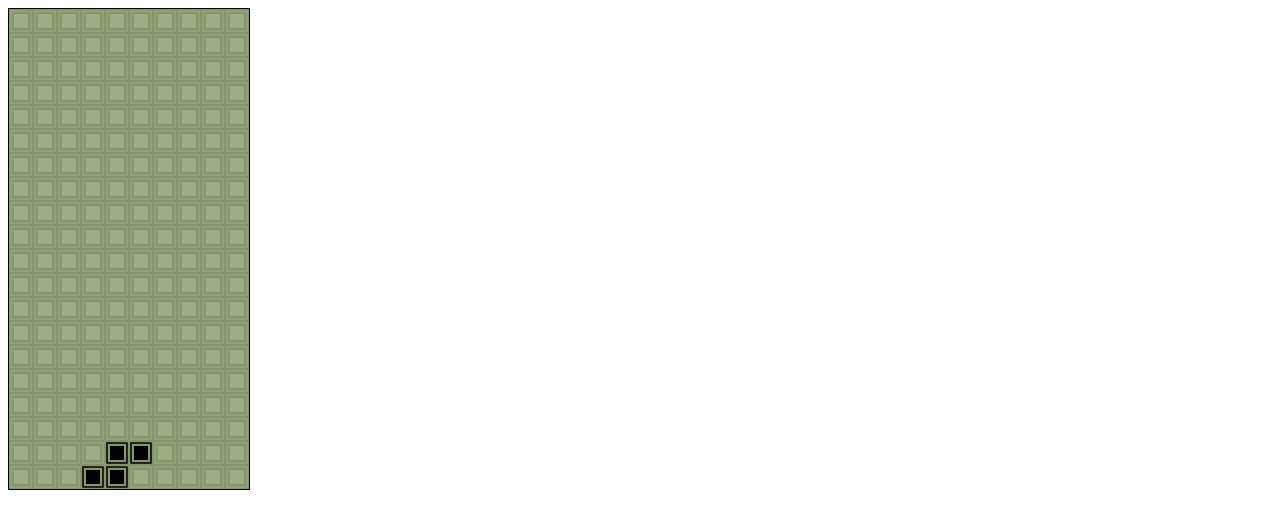
Repository: yzarc204/tetris-web
Page: index.html
The author's editor kept a copy of each file at every save. The page is drawn from the files as they stood at one save, then again after the next save.
The browser window is 1280 px wide. The pictures show the whole page.

Above is the page before, as saved 2021-09-20 21:06:42.

### index.html
<!DOCTYPE html>
<html lang="en">
<head>
    <meta charset="UTF-8">
    <meta http-equiv="X-UA-Compatible" content="IE=edge">
    <meta name="viewport" content="width=device-width, initial-scale=1.0">
    <title>Tetris</title>
    <style>
        canvas {
            border: 1px solid #000;
        }
    </style>
</head>
<body>
    <script src="js/const.js"></script>
    <script src="js/shape.js"></script>
    <script src="js/board.js"></script>
    <script src="js/pixel.js"></script>
    <script src="js/brick.js"></script>
    <script src="js/game.js"></script>
</body>
</html>

### js/const.js
const PIXEL_SIZE = 24;

const B = true;
const _ = false;

const ROW = 20;
const COL = 10;

const GAME_WIDTH = PIXEL_SIZE * COL;
const GAME_HEIGHT = PIXEL_SIZE * ROW;

const GAME_BG_COLOR = '#86966c';
const PIXEL_COLOR = '#000000';
const PIXEL_BG_COLOR = '#9EAD86';

### js/shape.js
const z1 = [
    [B, B, _],
    [_, B, B],
    [_, _, _]
];

const z2 = [
    [_, B, B],
    [B, B, _],
    [_, _, _]
];

const l1 = [
    [B, B, B],
    [B, _, _],
    [_, _, _]
];

const l2 = [
    [B, B, B],
    [_, _, B],
    [_, _, _]
];

const t = [
    [B, B, B],
    [_, B, _],
    [_, _, _]
];

const o = [
    [B, B],
    [B, B]
];

const i = [
    [_, B, _, _],
    [_, B, _, _],
    [_, B, _, _],
    [_, B, _, _]
];

const BRICK_SHAPES = [
    z1, z2, l1, l2, t, o, i
];

### js/board.js
class Board
{
    constructor(tetris) {
        this.tetris = tetris;
        this.map = [];
        this.row = ROW;
        this.col = COL;
        this.init();
    }

    init() {
        for (let row = 0; row < this.row; row++) {
            let rowData = [];
            for (let col = 0; col < this.col; col++) {
                rowData.push(_);
            }
            this.map.push(rowData);
        }
    }

    isEmptyCell(row, col) {
        if (row > this.row-1 || col > this.col-1)
           return false;
        return this.map[row][col] == _;
    }

    draw() {
        for (let row = 0; row < this.row; row++) {
            for (let col = 0; col < this.col; col++) {
                let color = PIXEL_BG_COLOR;
                if (this.map[row][col] == B)
                    color = PIXEL_COLOR;
                new Pixel(this.tetris, row, col, color).draw();
            }
        }
    }
};

### js/pixel.js
class Pixel
{
    constructor(tetris, row, col, color) {
        this.tetris = tetris;
        this.row = row;
        this.col = col;
        this.color = color;
        this.size = PIXEL_SIZE;
    }

    addPixelToBoard() {
        this.tetris.board.map[this.row][this.col] = B;
    }

    isHitLeft() {
        return this.col == 0;
    }

    canMoveLeft() {
        if (this.isHitLeft())
            return false;
        if (!this.tetris.board.isEmptyCell(this.row, this.col-1))
            return false;
        return true;
    }

    moveLeft() {
        if (this.canMoveLeft())
            this.col--;
    }

    isHitRight() {
        return this.col == COL - 1;
    }

    canMoveRight() {
        if (this.isHitRight())
            return false;
        if (!this.tetris.board.isEmptyCell(this.row, this.col+1))
            return false;
        return true;
    }

    moveRight() {
        if (this.canMoveRight())
            this.col++;
    }

    isHitBottom() {
        return this.row == ROW-1;
    }

    canFall() {
        if (this.isHitBottom())
            return false;
        if (!this.tetris.board.isEmptyCell(this.row+1, this.col))
            return false;
        return true;
    }

    fall() {
        if (this.canFall())
            this.row++;
        else
            this.addPixelToBoard();
    }

    draw() {
        const x = this.row * this.size;
        const y = this.col * this.size;
        // Set color
        this.tetris.ctx.fillStyle = this.color;
        this.tetris.ctx.strokeStyle = this.color;
        this.tetris.ctx.lineWidth = 1;
        // Draw outline
        this.tetris.ctx.strokeRect(y+2, x+2, this.size-4, this.size-4);
        // Draw area
        this.tetris.ctx.fillRect(y+5, x+5, this.size-10, this.size-10);
    }
};

### js/brick.js
class Brick {
    constructor(tetris, row, col, shape) {
        this.tetris = tetris;
        this.row = row;
        this.col = col;
        this.map = BRICK_SHAPES[shape];
        this.pixels = [];
        this.color = PIXEL_COLOR;
        this.init();
    }

    init() {
        for (let row = 0; row < this.map.length; row++) {
            for (let col = 0; col < this.map[0].length; col++) {
                if (this.map[row][col] == B) {
                    let newPixel = new Pixel(this.tetris, this.row+row, this.col+col, PIXEL_COLOR);
                    this.pixels.push(newPixel);
                }
            }
        }
    }

    addNewBrickToBoard() {
        this.pixels.forEach(pixel => {
            this.tetris.board.map[pixel.row][pixel.col] = B;
        });
    }

    canMoveLeft() {
        let doesCanMoveLeft = true;
        this.pixels.forEach(pixel => {
            if (!pixel.canMoveLeft())
                doesCanMoveLeft = false;
        })
        return doesCanMoveLeft;
    }

    moveLeft() {
        if (this.canMoveLeft()) {
            this.col--;
            this.pixels.forEach(pixel => pixel.moveLeft());
        }
    }

    canMoveRight() {
        let doesCanMoveLeft = true;
        this.pixels.forEach(pixel => {
            if (!pixel.canMoveLeft())
                doesCanMoveLeft = false;
        })
        return doesCanMoveLeft;
    }

    moveRight() {
        if (this.canMoveRight()) {
            this.col--;
            this.pixels.forEach(pixel => pixel.moveRight());
        }
    }

    canFall() {
        let doesCanFall = true;
        this.pixels.forEach(pixel => {
            if (!pixel.canFall())
                doesCanFall = false;
        })
        return doesCanFall;
    }

    fall() {
        if (this.canFall()) {
            this.row++;
            this.pixels.forEach(pixel => pixel.fall());
        } else {
            this.addNewBrickToBoard();
        }
    }

    update() {
        this.fall();
    }

    draw() {
        this.pixels.forEach(pixel => pixel.draw());
    }
};

### js/game.js
class Tetris {
    constructor() {
        this.cvs = null;
        this.ctx = null;
        this.board = null;
        this.brick = null;
        this.score = 0;
        this.init();
        this.keyboardSettings();
        this.startGame();
        this.gameLoop = setInterval(() => this.loop(), 333);
    }

    init() {
        // Create canvas
        this.cvs = document.createElement('canvas');
        this.cvs.width = GAME_WIDTH;
        this.cvs.height = GAME_HEIGHT;
        document.body.appendChild(this.cvs);

        this.ctx = this.cvs.getContext('2d');
    }

    keyboardSettings() {
        document.addEventListener('keydown', e => {
            switch(e.code) {
                case 'ArrowLeft':
                    this.brick.moveLeft();
                    break;
                case 'ArrowRight':
                    this.brick.moveRight();
                    break;
                case 'ArrowUp':
                    this.brick.moveRight();
                    break;
                case 'ArrowDown':
                    this.brick.fall();
                    break;
            }
        });
    }

    startGame() {
        this.board = new Board(this);
        this.brick = new Brick(this, 4, 3, 1);
    }

    clrscr() {
        this.ctx.fillStyle = GAME_BG_COLOR;
        this.ctx.fillRect(0, 0, GAME_WIDTH, GAME_HEIGHT);
    }

    loop() {
        this.clrscr();
        this.update();
        this.draw();
    }

    update() {
        this.brick.update();
    }

    draw() {
        this.board.draw();
        this.brick.draw();
    }
};

const tetris = new Tetris();

After the next save:
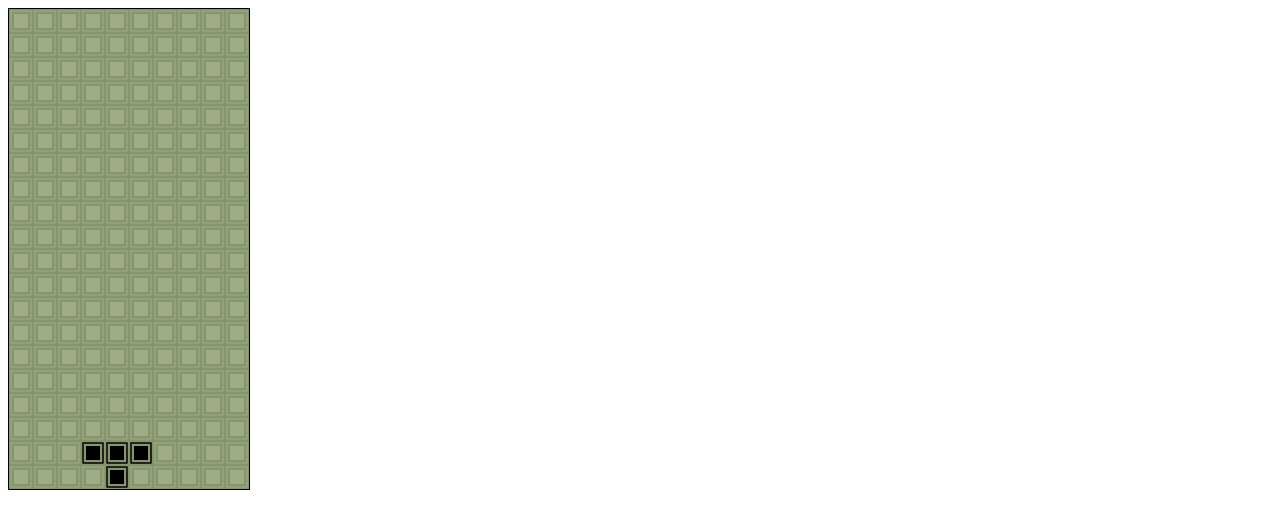
Console error: SyntaxError: Identifier 'BRICK_SHAPES' has already been declared
Saved 5 s later.
--- a/js/const.js
+++ b/js/const.js
@@ -12,3 +12,35 @@ const GAME_HEIGHT = PIXEL_SIZE * ROW;
 const GAME_BG_COLOR = '#86966c';
 const PIXEL_COLOR = '#000000';
 const PIXEL_BG_COLOR = '#9EAD86';
+
+const BRICK_SHAPES = [
+    [
+        [
+            [B, B, B, B]
+        ]
+    ],
+    [
+        [B, B, B],
+        [_, B, _]
+    ],
+    [
+        [B, B, _],
+        [_, B, B]
+    ],
+    [
+        [_, B, B],
+        [B, B, _]
+    ],
+    [
+        [B, B, B],
+        [_, _, B]
+    ],
+    [
+        [B, B, B],
+        [B, _, _]
+    ],
+    [
+        [B, B, B],
+        [_, _, B]
+    ],
+];
